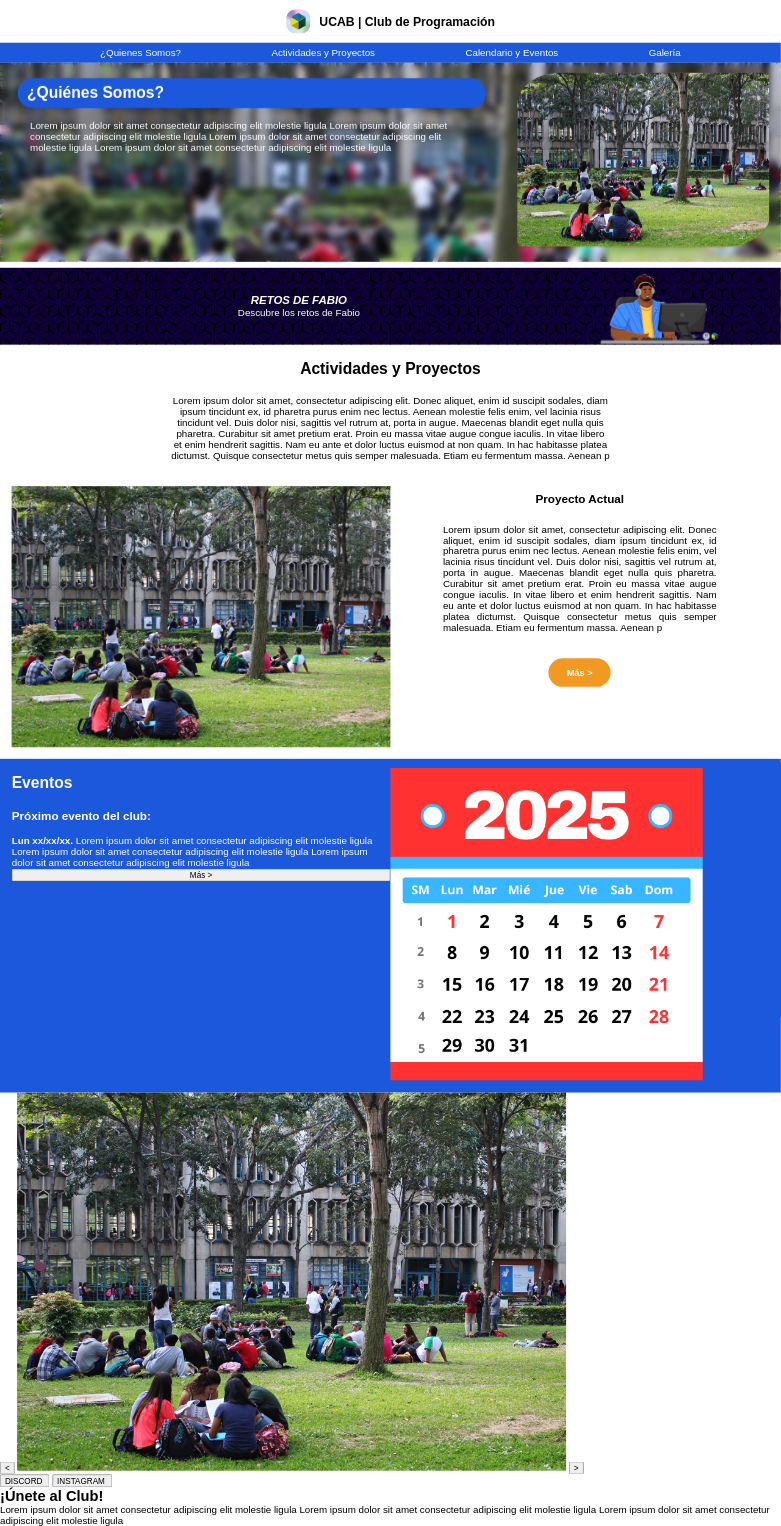
Repository: LuisR404/LandingPage
Page: Pages/QuienesSomos.html
These files come from the project's save history. The page is drawn as it stood at one moment and after the next save; the edit follows.
The browser window is 1280 px wide. The pictures show the whole page, at 61% of full size.

Above is the page before, as saved 2025-11-10 14:23:05.

### Pages/QuienesSomos.html
<!DOCTYPE html>
<html lang="es">
<head>
    <meta charset="UTF-8">
    <meta name="viewport" content="width=device-width, initial-scale=1.0">
    <link rel="stylesheet" href="../Styles/CommonStyles.css">   <!-- ESTILOS GENERALES -->
    <link rel="stylesheet" href="../Styles/QuienesSomos.css">   <!-- ESTILOS DE LA PÁGINA -->
    <title>Quienes Somos</title>
</head>

<body>
    <!-- TITULO -->
    <section class="header">
        <img src="../resources/club_icon.jpg" alt="" id="header-logo">
        <h1>UCAB | Club de Programación</h1>
    </section>

    <!-- NAV BAR -->
    <nav class="header-nav">
        <ul>
            <li><a href="./QuienesSomos.html">¿Quienes Somos?</a></li>
            <li><a href="./ActividadesYProyectos.html">Actividades y Proyectos</a></li>
            <li><a href="./CalendarioYEventos.html">Calendario y Eventos</a></li>
            <li><a href="./Galeria.html">Galería</a></li>
        </ul>
    </nav>

    <!-- QUIENES SOMOS -->
    <section class="quienes-somos">
        <div class="container">
            <div id="quienes-somos-text">
                <h2>¿Quiénes Somos?</h2>
                <p>
                    Lorem ipsum dolor sit amet consectetur adipiscing elit molestie ligula
                    Lorem ipsum dolor sit amet consectetur adipiscing elit molestie ligula
                    Lorem ipsum dolor sit amet consectetur adipiscing elit molestie ligula
                    Lorem ipsum dolor sit amet consectetur adipiscing elit molestie ligula
                </p>
            </div>

            <div id="quienes-somos-img">
                <img src="../resources/test_img.jpg" alt="">
            </div>
        </div>
    </section>

    <!-- RETOS DE FABIO -->
    <section class="retos-fabio">
        <div>
            <h3><i>RETOS DE FABIO</i></h3>
            <p>Descubre los retos de Fabio</p>
        </div>

        <img src="../resources/fabio.png" alt="">
    </section>

    <!-- ACTIVIDADES Y PROYECTOS -->
    <section class="actividades-proyectos">
        <h2>Actividades y Proyectos</h2>

        <p>
            Lorem ipsum dolor sit amet, consectetur adipiscing elit. Donec aliquet,
            enim id suscipit sodales, diam ipsum tincidunt ex, id pharetra purus enim nec lectus.
            Aenean molestie felis enim, vel lacinia risus tincidunt vel. Duis dolor nisi, sagittis
            vel rutrum at, porta in augue. Maecenas blandit eget nulla quis pharetra. Curabitur sit amet pretium erat.
            Proin eu massa vitae augue congue iaculis. In vitae libero et enim hendrerit sagittis.
            Nam eu ante et dolor luctus euismod at non quam. In hac habitasse platea dictumst.
            Quisque consectetur metus quis semper malesuada. Etiam eu fermentum massa. Aenean p
        </p>

        <div class="proyecto">
            <img src="../resources/test_img.jpg" alt="">

            <div>

                <h3>Proyecto Actual</h3>

                <p>
                    Lorem ipsum dolor sit amet, consectetur adipiscing elit. Donec aliquet,
                    enim id suscipit sodales, diam ipsum tincidunt ex, id pharetra purus enim nec lectus.
                    Aenean molestie felis enim, vel lacinia risus tincidunt vel. Duis dolor nisi, sagittis
                    vel rutrum at, porta in augue. Maecenas blandit eget nulla quis pharetra. Curabitur sit amet pretium erat.
                    Proin eu massa vitae augue congue iaculis. In vitae libero et enim hendrerit sagittis.
                    Nam eu ante et dolor luctus euismod at non quam. In hac habitasse platea dictumst.
                    Quisque consectetur metus quis semper malesuada. Etiam eu fermentum massa. Aenean p
                </p>

                <button>Más ></button>
            </div>
        </div>
    </section>

    <!-- EVENTOS -->
    <section class="eventos">
        <div>

            <h2>Eventos</h2>

            <h3>Próximo evento del club:</h3>

            <p>
                <b>Lun xx/xx/xx.</b>
                Lorem ipsum dolor sit amet consectetur adipiscing elit molestie ligula
                Lorem ipsum dolor sit amet consectetur adipiscing elit molestie ligula
                Lorem ipsum dolor sit amet consectetur adipiscing elit molestie ligula
            </p>

            <button>Más ></button>

        </div>

        <img src="../resources/calendario_test_img.png" alt="">
    </section>

    <!-- CARRUSEL -->
    <section>
        <button><</button>

        <img src="../resources/test_img.jpg" alt="">

        <button>></button>
    </section>

    <!-- UNETE -->
    <section>
        <div>
            <button>DISCORD <img src="" alt=""></button>
            <button>INSTAGRAM <img src="" alt=""></button>
        </div>

        <div>
            <h2>¡Únete al Club!</h2>

            <p>
                Lorem ipsum dolor sit amet consectetur adipiscing elit molestie ligula
                Lorem ipsum dolor sit amet consectetur adipiscing elit molestie ligula
                Lorem ipsum dolor sit amet consectetur adipiscing elit molestie ligula
            </p>
        </div>
    </section>

</body>
</html>

### Styles/CommonStyles.css
/* ============ ESTILOS DE PAGINA ============ */
* {
    font-family: Arial, Helvetica, sans-serif;
    margin: 0;
}

img {
    max-width: 100% ;
}

/* ============ HEADER ============ */
.header {
    display: flex;
    justify-content: center;
    align-items: center;

    padding-top: 15px;
    padding-bottom: 15px;
}

.header h1 {  /* ------> titulo */
    font-size: clamp(17px, 4vw, 20px);
    white-space: nowrap;

    margin-left: 15px;
}

#header-logo {  /* ------> logo */
    width: clamp(32px, 7vw, 40px);
    height: clamp(32px, 7vw, 40px);

    border-radius: 40%;
}

/* ========== NAV BAR ========== */
.header-nav {
    display: flex;
    justify-content: center;

    padding-top: 7.5px;
    padding-bottom: 7.5px;


    background-color: #1C58DB;
}

.header-nav ul {  /* ------> lista */
    display: flex;
    flex-direction: row;
    justify-content: space-around;

    width: 1100px;

    padding: 0;

    list-style: none;
}

.header-nav ul li a {  /* ------> links */
    text-decoration: none;
    color: white;
}

### Styles/QuienesSomos.css
/* =========== QUIENES SOMOS =========== */

.quienes-somos {
    display: flex;
    justify-content: center;

    width: 100%;

    background-image: url(../resources//test_img.jpg);
    background-position: center;
    background-size: 100%;
    background-color: grey
}

.quienes-somos .container {
    display: grid;
    grid-template-rows: 1fr;
    grid-template-columns: 2fr 1fr;

    width: 100%;

    padding-top: clamp(5px, 1.2vw, 25px);
    padding-bottom: clamp(10px, 1.5vw, 30px);
    padding-left: clamp(2px, 1.5vw, 30px);
    padding-right: clamp(2px, 1.5vw, 30px);

    backdrop-filter: blur(5px);
}

/* -----------> texto <----------- */

#quienes-somos-text {  /* ----------> contenedor */
    display: flex;
    flex-direction: column;

    padding: 10px 4vw 10px 10px;
}


#quienes-somos-text h2 { /* ----------> subtitulo */
    font-size: clamp(20px, 2vw, 30px);
    font-weight: 800;
    white-space: nowrap;
    color: white;

    padding: 10px 15px 10px 15px;
    margin-bottom: 20px;

    border-radius: 30px;

    background-color: #1C58DB;
}

#quienes-somos-text p { /* ----------> parrafo */
    font-size: auto;
    color: white;

    justify-content: center;

    padding: 0px 20px;
}

/* -----------> imagen <----------- */

#quienes-somos-img { /* ----------> contenedor */
    width: 100%;
    height: auto;

    align-content: center;

    overflow: hidden;
}

#quienes-somos-img img{  /* ----------> imagen */
    width: 100%;
    height: auto;

    border: 1px solid   rgba(0, 0, 0, 0.2);
    border-radius: 18% 10px 18% 10px;

    background-color: rgba(255, 162, 0, 0.258);

    aspect-ratio: auto;
    object-fit: cover;
}

/* -----------> media queries <----------- */

@media (max-width: 600px) {

    .quienes-somos .container {
        grid-template-columns: 1fr; /* ------> ajusta la disposicion del grid */
    }

    #quienes-somos-img {
        display: none; /* --------> invisibiliza la imagen */
    }
}


/* =========== RETOS DE FABIO =========== */

.retos-fabio {
    display: grid;
    grid-template-columns: 1fr 300px;

    text-wrap: nowrap;

    margin-top: 10px;

    background-color: rgb(20, 0, 67);
    background-image: url('../resources/textura.jpg');
    background-size:15vw;
    background-blend-mode:color-burn;
}

/* -----------> texto <----------- */
.retos-fabio div {
    text-align: center;
    align-self: center;
    color: white;
    width: 100%;
}

/* -----------> imagen <----------- */
.retos-fabio img {
    justify-self: end;

    max-width: 200px;
    height: auto;

    margin-right: 100px;
    margin-top: 10px;
}

/* -----------> efecto hover <----------- */
.retos-fabio:hover {
    cursor: pointer;
}

/* -----------> media queries <----------- */

@media (max-width: 600px) {
    .retos-fabio {  /* ----------> ajusta la disposicion del grid */
        grid-template-columns: 1fr;
    }

    .retos-fabio img {  /* ----------> desaparece la imagen */
        display: none;
    }

    .retos-fabio div {  /* ----------> ajusta el texto y el margen */
        font-size: 12px;

        padding: 10px;
    }
}


/* =========== ACTIVIDADES Y PROYECTOS =========== */

.actividades-proyectos {
    display: flex;
    flex-direction: column;

    padding-top: clamp(5px, 1.2vw, 25px);
    padding-bottom: clamp(10px, 1.5vw, 30px);
    padding-left: clamp(2px, 1.5vw, 30px);
    padding-right: clamp(2px, 1.5vw, 30px);

}

.actividades-proyectos h2 {  /* ----------> subtitulo */
    font-size: clamp(20px, 2vw, 30px);
    font-weight: 800;
    text-align: center;
    white-space: nowrap;

    padding: 10px 15px 10px 15px;
    margin-bottom: 20px;
}

.actividades-proyectos p {  /* ----------> parrafo */
    text-align: center;
    text-wrap: balance;

    align-self: center;

    max-width: 60%;

    margin-bottom: 40px;
}

/* -----------> proyecto <----------- */

.proyecto {
    display: grid;
    grid-template-rows: 1fr;
    grid-template-columns: 1fr 1fr;
}

/* ----------->> imagen <<----------- */

.proyecto img {
    justify-self: right;
}

/* ----------->> texto <<----------- */

.proyecto div {  /* ----------> contenedor */
    display: flex;
    flex-direction: column;
    justify-self: left;

    padding-left: 30px;
    padding-right: 30px;
}

.proyecto div h3 {  /* ----------> subtitulo */
    font-size: clamp(15px, 1.5vw, 25px);
    font-weight: 800;
    text-align: center;
    white-space: nowrap;

    padding: 10px 15px 10px 15px;
    margin-bottom: 20px;
}

.proyecto div p {  /* ----------> parrafo */
    text-align: justify;
    hyphenate-limit-chars: 2;
    text-wrap: balance;

    align-self: center;

    max-width: 80%;

    margin-bottom: 40px;
}

.proyecto div button {  /* ----------> boton mas */
    font-size: 15px;
    font-weight: 800;
    color: white;

    align-self: center;

    width: fit-content;

    padding: 15px 30px;

    border: none;
    border-radius: 25px;
    background-color: #F29922;
}

/* =========== EVENTOS =========== */

.eventos {
    display: grid;
    grid-template-rows: 1fr;
    grid-template-columns: 1fr 1fr;

    max-width: 100%;

    padding-top: clamp(5px, 1.2vw, 25px);
    padding-bottom: clamp(10px, 1.5vw, 30px);
    padding-left: clamp(2px, 1.5vw, 30px);
    padding-right: clamp(2px, 1.5vw, 30px);

    background-color: #1C58DB;
}

/* ----------->> texto <<----------- */

.eventos div {
    display: flex;
    flex-direction: column;

    color: white;
}

.eventos div h2 {
    font-size: clamp(20px, 2vw, 30px);
    font-weight: 800;
    text-align: left;
    white-space: nowrap;

    padding: 10px 0px;
    margin-bottom: 20px;
}

.eventos div h3 {
    font-size: clamp(15px, 1.5vw, 25px);
    font-weight: 800;
    text-align: left;
    white-space: nowrap;

    margin-bottom: 20px;
}

.eventos div p {

}

After the next save:
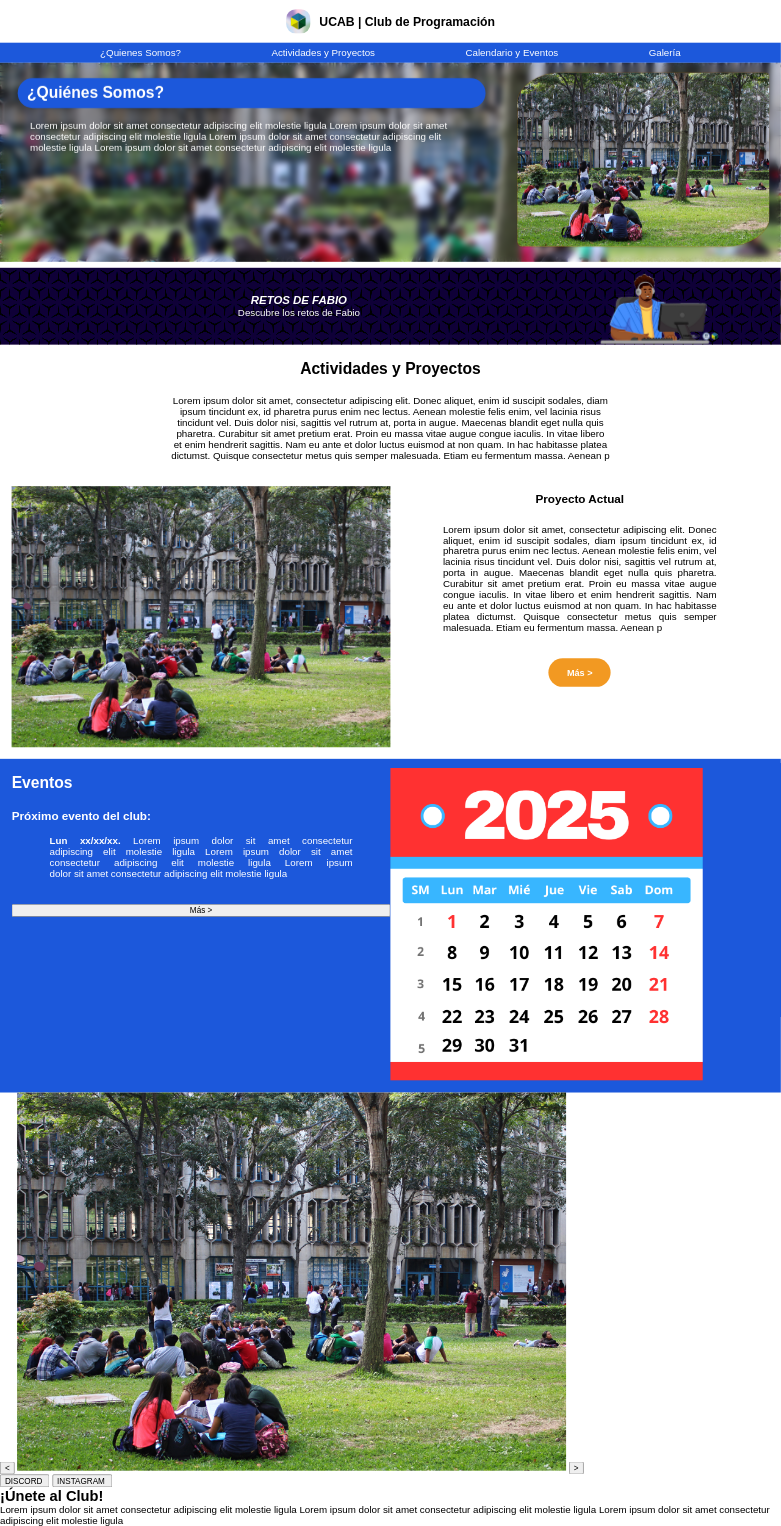
Saved 27 s later.
--- a/Styles/QuienesSomos.css
+++ b/Styles/QuienesSomos.css
@@ -300,5 +300,13 @@
 }
 
 .eventos div p {
-
-}
+    text-align: justify;
+    hyphenate-limit-chars: 2;
+    text-wrap: balance;
+
+    align-self: center;
+
+    max-width: 80%;
+
+    margin-bottom: 40px;
+}
